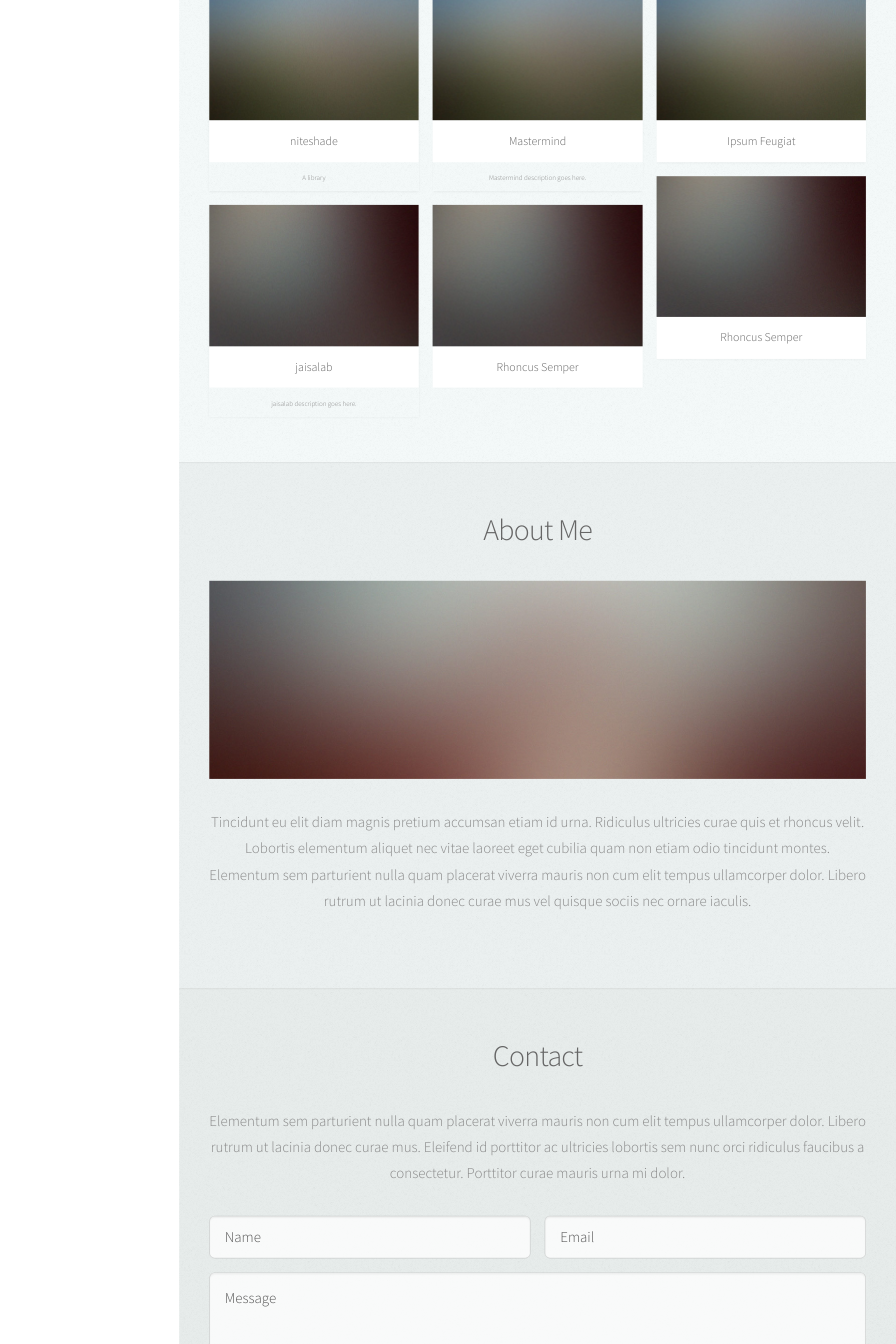
Repository: jaimesabalimperial/jaimesabalimperial.github.io
Page: index.html
An editor plug-in stored every save of this project. The page is shown before and after a run of saves, followed by the edit.
The browser window is 1280 px wide. The pictures show the part of the page from y = 944 to 2864 px (the page is 3371 px tall before and 3495 px after), at 70% of full size.

Above is the page before, as saved 2022-10-04 14:04:03.

After the next 4 saves:
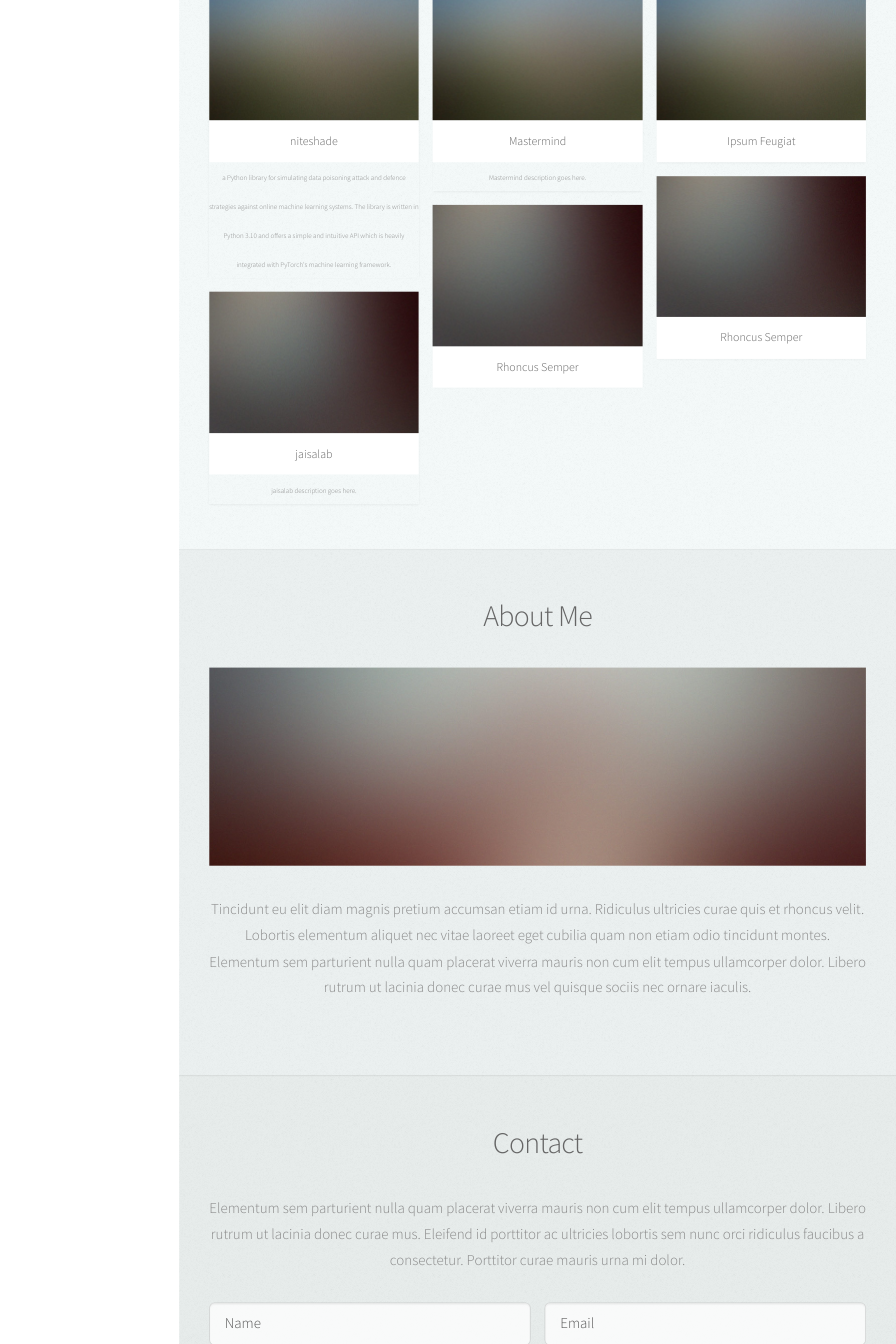
The 4 saves are shown as one change because they came seconds apart.
The last was saved 32 s later.
--- a/index.html
+++ b/index.html
@@ -94,7 +94,10 @@
 										<header>
 											<h3> <strong>niteshade</strong></h3>
 										</header>
-										<p><font size="-3">A library </font></p>
+										<p><font size="-3">a Python library for simulating data poisoning attack
+										and defence strategies against online machine learning systems. The library
+										is written in Python 3.10 and offers a simple and intuitive API which is heavily
+										integrated with PyTorch's machine learning framework.</font></p>
 									</article>
 									<article class="item">
 										<a href="#" class="image fit"><img src="images/pic03.jpg" alt="" /></a>
